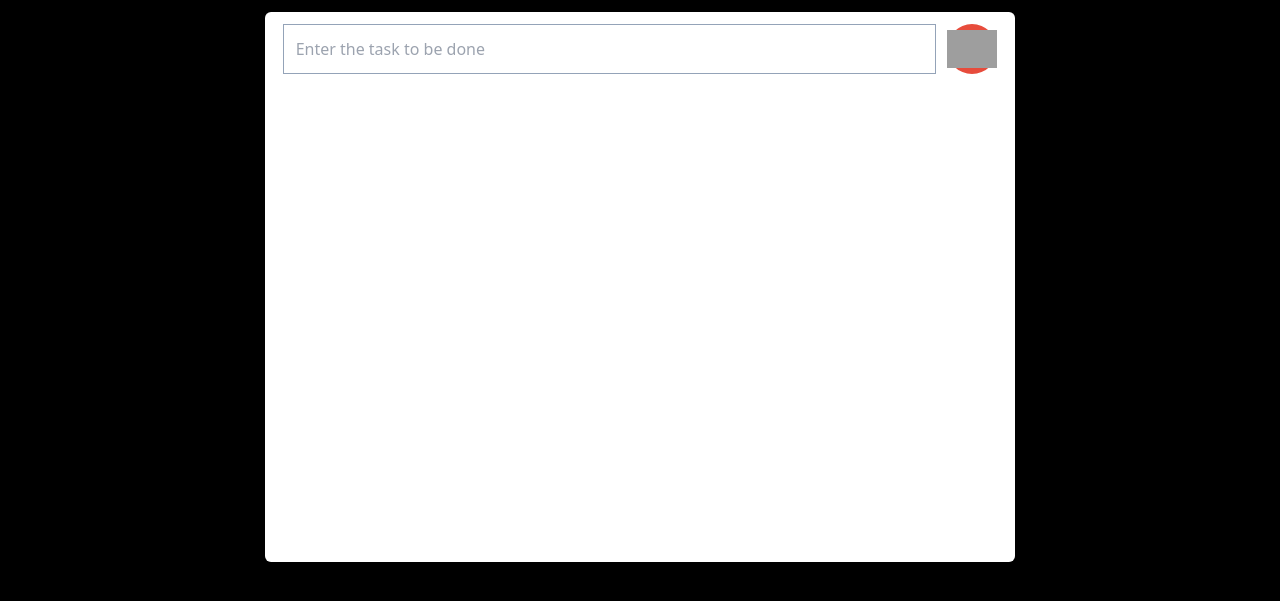
Repository: duttasayan835/todo-app-with-React-and-tailwind-CSS
Page: /
These files come from the project's save history. The page is drawn as it stood at one moment and after the next save; the edit follows.
The browser window is 1280 px wide. The pictures show the whole page.
Pictures or frames that could not be fetched are drawn as grey boxes. The project was rebuilt for these pictures with package versions that can differ from the ones it lists, and the page was loaded fresh each time.

Above is the page before, as saved 2024-06-12 11:02:44.

### src/App.js
import Input from "./Components/Input";

function App() {
  return (
    <div className="bg-black h-screen p-3 ">
      <div className="max-w-[750px] min-h-[550px] shadow-2xl bg-white mx-auto rounded-md">
        <Input />
      </div>
    </div>
  );
}
export default App;

### src/Components/Input.jsx
import React from "react";

export default function Input() {
  return (
    <div className="flex justify-around p-3">
      <input
        placeholder="Enter the task to be done"
        className=" w-[90%] p-3 border border-slate-400 focus:outline-none"
        type="text"
        aria-label="INPUT-TASK"
      />
      <div className=" w-[50px] h-[50px] bg-[#e74c3c] text-white text-3xl rounded-[50%] flex justify-center items-center ">
        <img
          src="https://cdn4.iconfinder.com/data/icons/ios-optimized-1/30/add__create__new__addition__buttons__more__round-1024.png"
          alt="add"
        />
      </div>
    </div>
  );
}

Loaded but not shown: public/index.html (common file); src/index.js (common file); src/index.css (common file); src/reportWebVitals.js (common file); tailwind.config.js (common file)

After the next save:
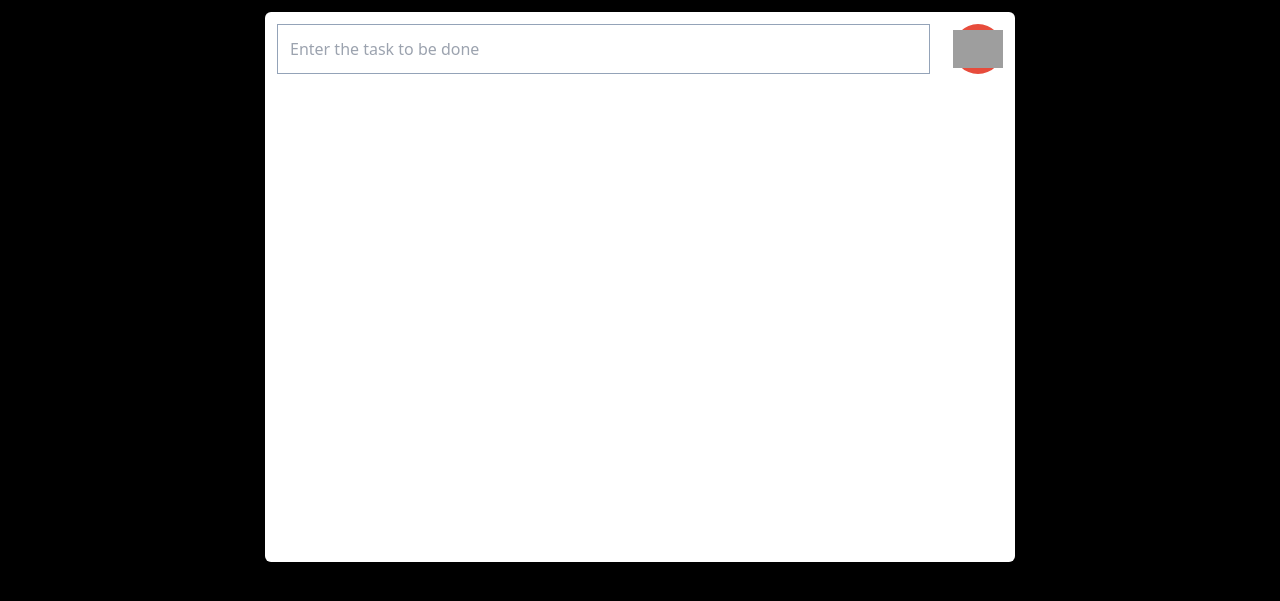
Saved 47 s later.
--- a/src/Components/Input.jsx
+++ b/src/Components/Input.jsx
@@ -2,7 +2,7 @@ import React from "react";
 
 export default function Input() {
   return (
-    <div className="flex justify-around p-3">
+    <div className="flex justify-between p-3">
       <input
         placeholder="Enter the task to be done"
         className=" w-[90%] p-3 border border-slate-400 focus:outline-none"
